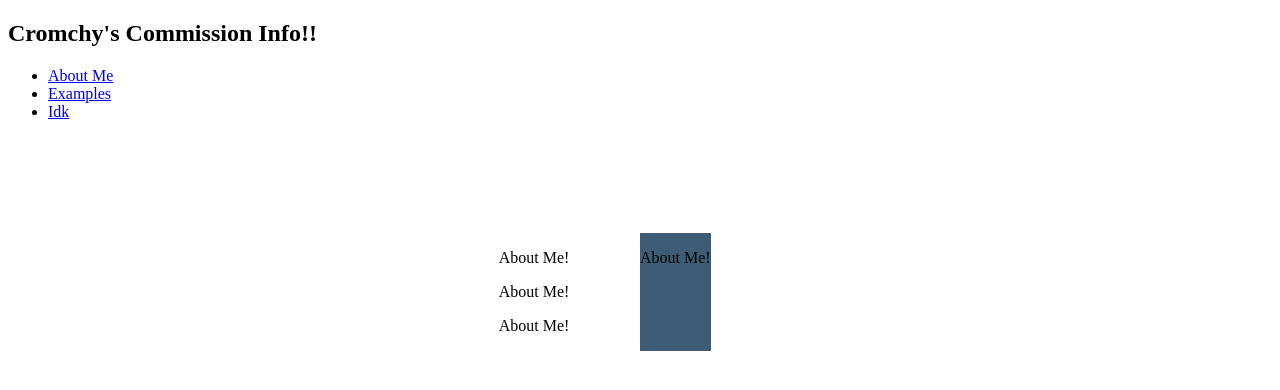
Repository: crackaLack1n/Cromchys_Commission_Site
Page: /
The author's editor kept a copy of each file at every save. The page is drawn from the files as they stood at one save, then again after the next save.
The browser window is 1280 px wide. The pictures show the whole page.
The project was rebuilt for these pictures with package versions that can differ from the ones it lists, and the page was loaded fresh each time. The framework's server and built-in components were replaced by stand-ins that run in the browser. Also part of the build but not shown: next.config.mjs.

Above is the page before, as saved 2024-06-11 11:47:16.

After the next save:
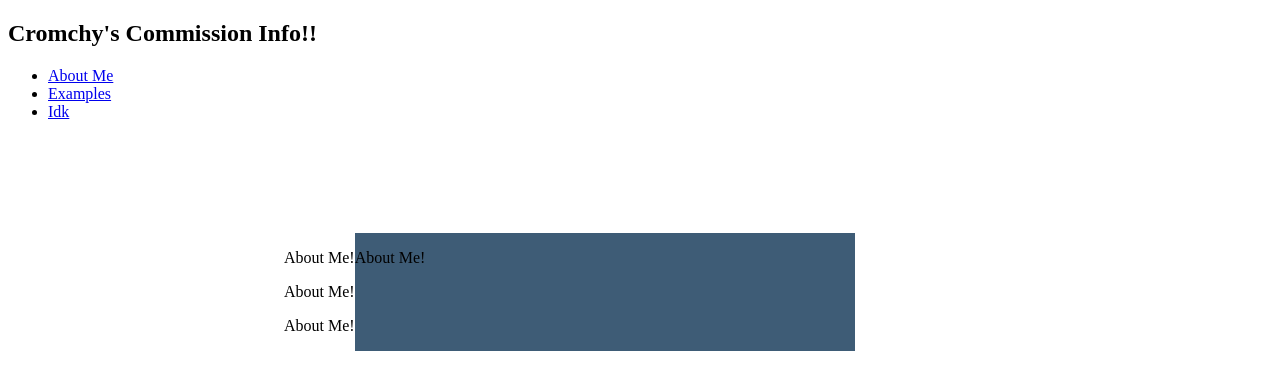
Saved 30 s later.
--- a/styles/Home.module.css
+++ b/styles/Home.module.css
@@ -9,7 +9,7 @@
 
 .container {
  display: grid;
- grid-template-columns:  2fr 1fr 1fr;
+ grid-template-columns:  1fr 500px 2fr;
 }
 
 .contentLeft {
@@ -19,7 +19,6 @@
 .contentRight {
   background-color: #3E5C76;
   width: 100%;
-  height: 100%;
 }
 
 /* Mobile */
